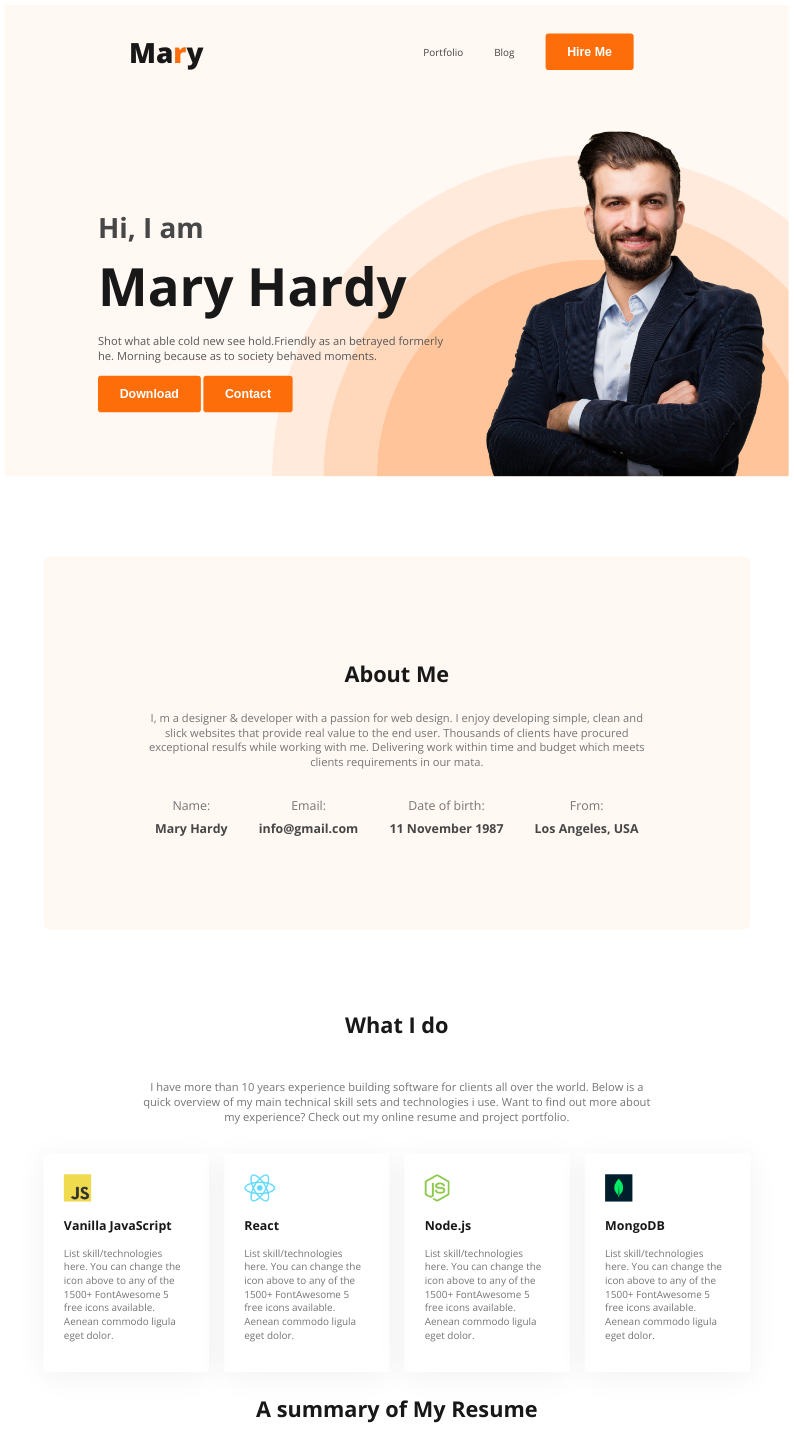
Repository: ShouravAhammed/Simple-Portfolio-Webpage
Page: index.html
These files come from the project's save history. The page is drawn as it stood at one moment and after the next save; the edit follows.
The browser window is 1280 px wide. The pictures show the whole page, at 62% of full size.

Above is the page before, as saved 2024-01-06 02:23:08.

### index.html
<!DOCTYPE html>
<html lang="en">
<head>
    <meta charset="UTF-8">
    <meta name="viewport" content="width=device-width, initial-scale=1.0">
    <title>Mary</title>
    <link rel="stylesheet" href="index.css">
</head>
<body>
    <header class="header">
        <nav>
            <h3 class="nav-title">Ma<span class="text-primary">r</span>y</h3>
            <ul class="navber">
                <li><a href="">Portfolio</a></li>
                <li><a href="">Blog</a></li>
                <li><button class="btn-primary">Hire Me</button></li>
            </ul>
        </nav>
        <div class="banner">
            <div class="banner-content">
                <h3 class="banner-greeting">Hi, I  am</h3>
                <h1 class="banner-title">Mary Hardy</h1>
                <p class="banner-description">Shot what able cold new see hold.Friendly as an betrayed formerly he. Morning because as to society behaved moments.</p>
                <button class="btn-primary">Download</button>
                <button class="btn-primary">Contact</button>
            </div>
            <img class="profile-pic" src="images/hardy.png" alt="profile-pic">
        </div>
    </header>
    <main>
        <section class="about">
            <h3 class="section-title">About Me</h3>
            <p class="section-description">I, m a designer & developer with a passion for web design. I enjoy developing simple, clean and slick websites that provide real value to the end user. Thousands of clients have procured exceptional resulfs while working with me. Delivering work within time and budget which meets clients requirements in our mata.</p>
            <div class="about-info-container">
                <div class="about-info">
                    <h4 class="info-title">Name:</h4>
                    <p class="info-description">Mary Hardy</p>
                </div>
                <div class="about-info">
                    <h4 class="info-title">Email:</h4>
                    <p class="info-description">info@gmail.com</p>
                </div>
                <div class="about-info">
                    <h4 class="info-title">Date of birth:</h4>
                    <p class="info-description">11 November 1987</p>
                </div>
                <div class="about-info">
                    <h4 class="info-title">From:</h4>
                    <p class="info-description">Los Angeles, USA</p>
                </div>
            </div>
        </section>
        <!-- what i do section  -->
        <section>
            <h3 class="section-title">What I do</h3>
            <p id="what-i-do-description" class="section-description">I have more than 10 years experience building software for clients all over the world. Below is a quick overview of my main technical skill sets and technologies i use. Want to find out more about my experience? Check out my online resume and project portfolio.</p>
            <div class="skills-container">
                <div class="skills">
                    <img src="images/icons/js.png" alt="">
                    <h3 class="skills-title">Vanilla JavaScript</h3>
                    <p class="skills-description">List skill/technologies here. You can change the icon above to any of the 1500+ FontAwesome 5 free icons available. Aenean commodo ligula eget dolor.</p>
                </div>
                <div class="skills">
                    <img src="images/icons/react.png" alt="">
                    <h3 class="skills-title">React</h3>
                    <p class="skills-description">List skill/technologies here. You can change the icon above to any of the 1500+ FontAwesome 5 free icons available. Aenean commodo ligula eget dolor.</p>
                </div>
                <div class="skills">
                    <img src="images/icons/nodejs.png" alt="">
                    <h3 class="skills-title">Node.js</h3>
                    <p class="skills-description">List skill/technologies here. You can change the icon above to any of the 1500+ FontAwesome 5 free icons available. Aenean commodo ligula eget dolor.</p>
                </div>
                <div class="skills">
                    <img src="images/icons/mongo.png" alt="">
                    <h3 class="skills-title">MongoDB</h3>
                    <p class="skills-description">List skill/technologies here. You can change the icon above to any of the 1500+ FontAwesome 5 free icons available. Aenean commodo ligula eget dolor.</p>
                </div>
            </div>
        </section>
        <!-- Resume section -->
        <section>
            <h3 class="section-title">A summary of My Resume</h3>
        </section>

    </main>
    <footer>

    </footer>
</body>
</html>

### index.css
@import url('https://fonts.googleapis.com/css2?family=Lato:ital,wght@0,100;0,300;0,400;0,700;0,900;1,100;1,300;1,400;1,700;1,900&display=swap');
@import url('https://fonts.googleapis.com/css2?family=Open+Sans:ital,wght@0,300;0,400;0,500;0,600;0,700;0,800;1,300;1,400;1,500;1,600;1,700;1,800&display=swap');
/* google fonts import */
/* *{
    margin: 0;
    padding: 0;
    outline: 0;
} */
ul, ol{
    list-style: none;
}
body{
    font-family: 'Open Sans', sans-serif;
}
.text-primary{
    color: #FD6E0A;
}
.btn-primary{
    border-radius: 5px;
    color: #fff;
    background: #FD6E0A;
    font-size: 20px;
    font-weight: 700;
    padding: 18px 35px;
    border: 0;
}

/* nav related style */
nav{
    display: flex;
    justify-content: space-between;
    align-items: center;
    margin: 0 200px;
}
.nav-title{
    color: #181818;
    font-size: 45px;
    font-weight: 800;
}
nav > ul{
    display: flex;
    align-items: center;
}
nav li{
    margin-right: 50px;
}
nav a{
    text-decoration: none;
    color: #474747;
}
/* header related style */
.header{
    background: #FFF8F3;
    background-image: url(images/header_bg.png);
    background-position: bottom right;
    background-repeat: no-repeat;
}
.banner{
    display: flex;
    justify-content: space-between;
    padding: 30px 30px 0px 150px;
    align-items: center;
}
.banner-content{
    max-width: 580px;
}
.banner .profile-pic{
    width: 500px;
}
.banner-greeting{
    color: #474747;
    font-size: 45px;
    margin-bottom: 0;
}
.banner-title{
    color: #181818;
    font-size: 85px;
    font-weight: 700;
    margin-top: 5px;
    margin-bottom: 20px;
}
.banner-description{
    color: #575757;
    font-size: 18px;
    font-weight: 400;
    margin-bottom: 20px;
}
/* main part style */
main{
    max-width: 1140px;
    margin: 0 auto;
}
/* about part style */
.about{
    border-radius: 10px;
    background: #FFF8F3;
    margin: 130px 0px;
    padding: 130px 155px;
}
.section-title{
    color: #181818;
    text-align: center;
    font-size: 35px;
    font-weight: 700;
}
.section-description{
    color: #757575;
    text-align: center;
    font-size: 18px;
    font-weight: 400;
}
.about-info-container{
    display: flex;
    justify-content: space-around;
}
.about-info{
    text-align: center;
}
.info-title{
    color:  #757575;
    text-align: center;
    font-size: 20px;
    font-weight: 400;
    margin-bottom: 0px;
}
.info-description{
    color:#474747;
    font-size: 20px;
    font-weight: 700;
    margin-top: 10px;
}
#what-i-do-description{
    padding: 30px 150px;
}
/* what i do section style */
.skills-container{
    display: flex;
    flex-direction: row;
    gap: 24px;
}
.skills{
    border-radius: 5px;
    box-shadow: 0px 6px 50px 0px rgba(0, 0, 0, 0.06);
    padding: 33px
}
.skills-title{
    color: #181818;
    font-size: 20px;
    font-weight: 700;
}
.skills-description{
    color:#757575;
    font-size: 16px;
    font-weight: 400;
}

After the next save:
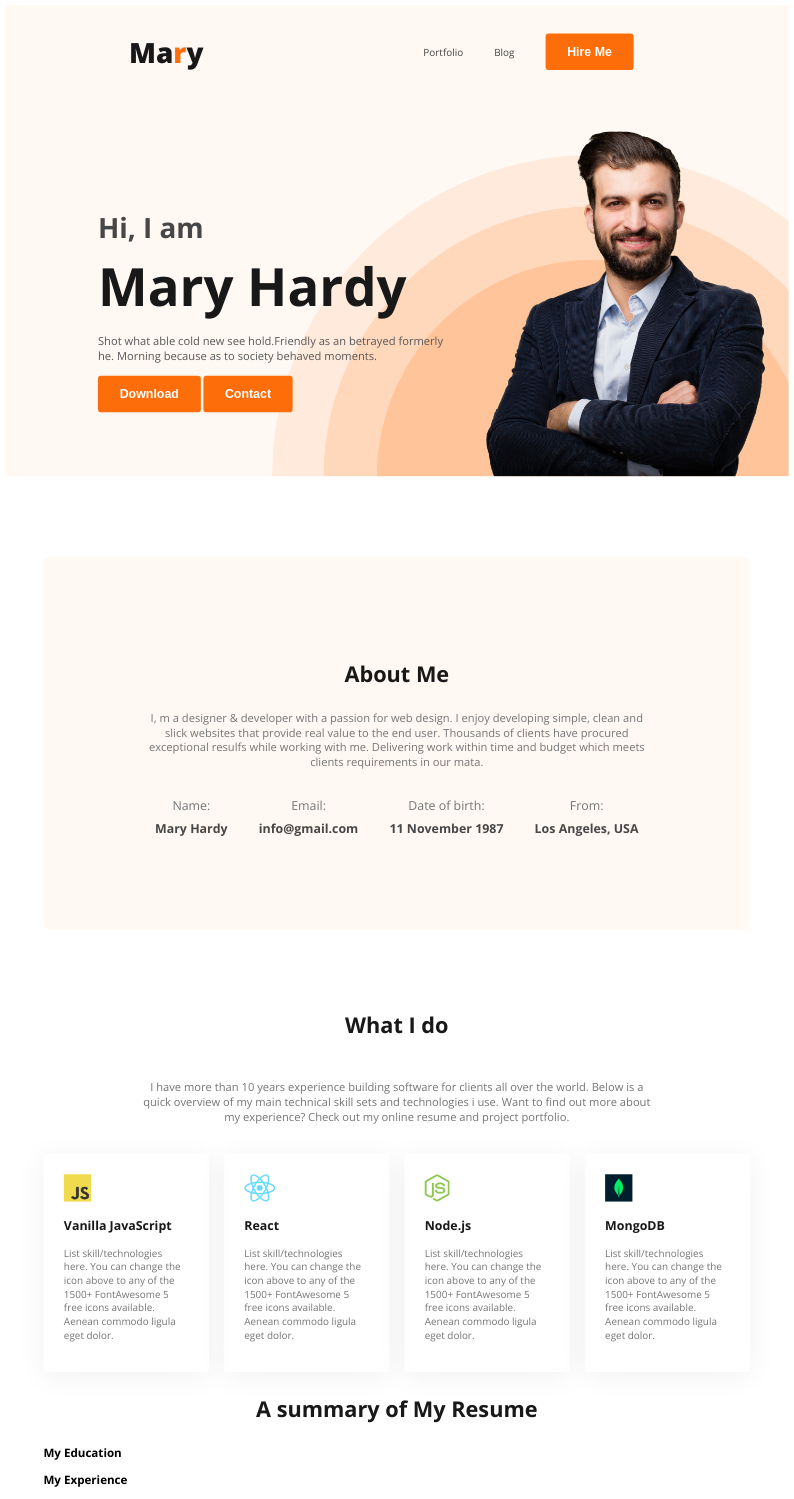
Saved 24 min 34 s later.
--- a/index.html
+++ b/index.html
@@ -80,6 +80,16 @@
         <!-- Resume section -->
         <section>
             <h3 class="section-title">A summary of My Resume</h3>
+            <div class="resume-container">
+                <div class="resume-colum">
+                    <h3 class="resume-column-title">My Education</h3>
+                </div>
+            </div>
+            <div class="resume-container">
+                <div class="resume-colum">
+                    <h3 class="resume-column-title">My Experience</h3>
+                </div>
+            </div>
         </section>
 
     </main>
